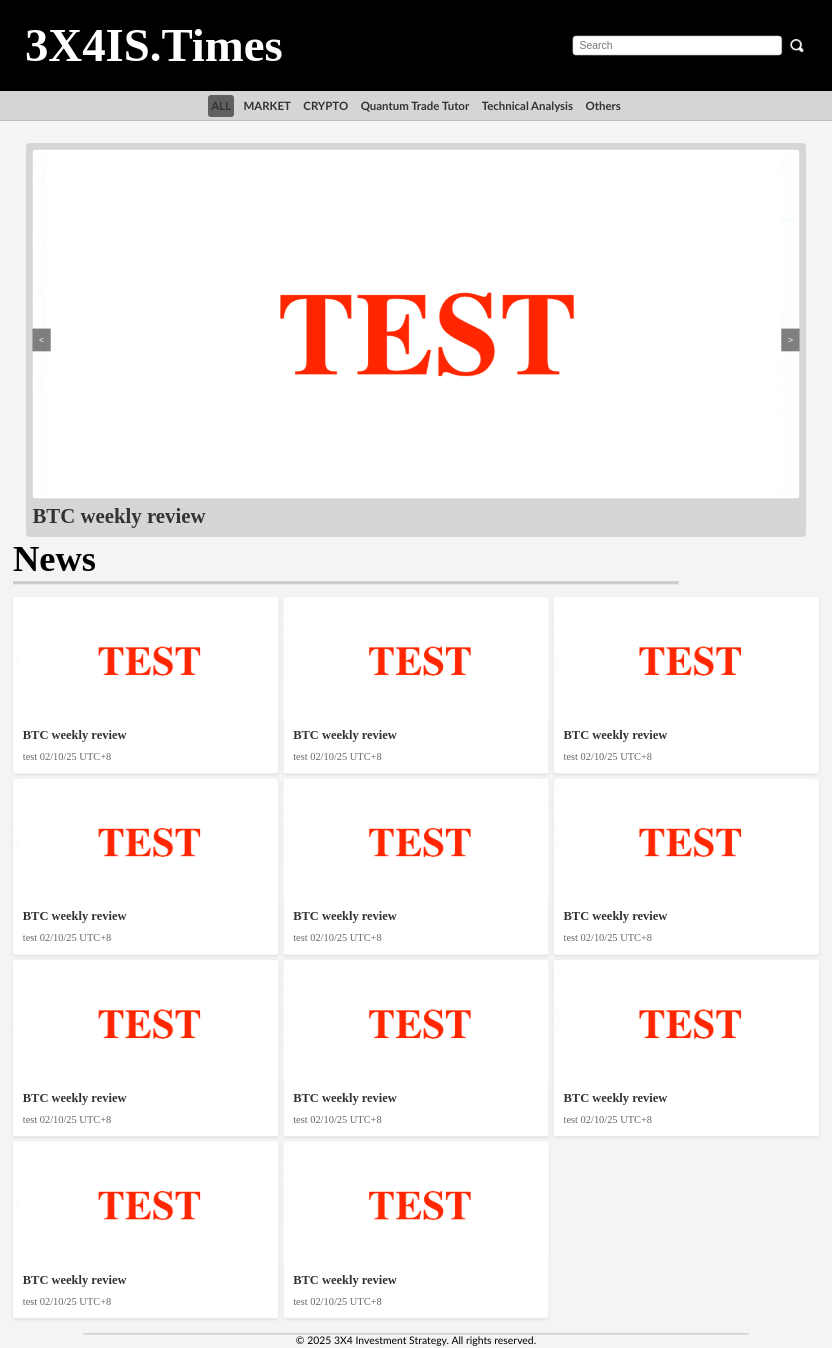
Repository: SongSongLook/songsonglook.github.io
Page: index.html
An editor plug-in stored every save of this project. The page is shown before and after the next save, followed by the edit.
The browser window is 1280 px wide. The pictures show the whole page, at 65% of full size.

Above is the page before, as saved 2025-03-18 23:06:04.
Console error: TypeError: Cannot set properties of null (setting 'innerHTML')

### index.html
<!DOCTYPE html>
<html lang="zh">
<head>
  <meta charset="UTF-8">
  <meta name="viewport" content="width=device-width, initial-scale=1.0">
  <title>Homepage</title>
  <link rel="stylesheet" href="css/style.css">
  <link rel="stylesheet" href="css/news.css">
  <link rel="stylesheet" href="css/article.css">
</head>
<body>
  <header>
    <!-- First column：logo and search container -->
    <div class="header-top">
      <a href="index.html" class="logo">3X4IS.Times</a>

      <div class="search-container">
        <form id="search-form">
          <input type="text" id="search-input" placeholder="Search">
          <button type="submit" class="search-btn">
            <img src="images/magnifying-glass-3-512.png" alt="Search">
          </button>
        </form>
      </div>

      <div class="mobile-menu" id="mobile-menu">
        <span></span>
        <span></span>
        <span></span>
      </div>
    </div>

    <!-- Second column: nav list -->
    <nav>
      <ul class="nav-list">
        <li data-category="all" class="active">ALL</li>
        <li data-category="market">MARKET</li>
        <li data-category="crypto">CRYPTO</li>
        <li data-category="QTT">Quantum Trade Tutor</li>
        <li data-category="TA">Technical Analysis</li>
        <li data-category="etc">Others</li>
      </ul>
    </nav>

  </header>

  <main>

    <section class="carousel-container">
      <section class="carousel">
        <!-- carousel dynamically filled by script.js -->
      </section>
      <button class="carousel-prev">&lt;</button>
      <button class="carousel-next">&gt;</button>
    </section>

    <section class="logo-2">News</section>
    <hr class="custom-divider">

    <section class="news-container" id="news-container">
      <!-- news card dynamically filled by script.js -->
    </section>
  </main>

  <hr class="custom-divider-2">
  <footer>
    <p>&copy; 2025 3X4 Investment Strategy. All rights reserved.</p>
  </footer>

  <script src="js/newsData.js"></script>
  <script src="js/article.js"></script>
  <script src="js/script.js"></script>
</body>
</html>

### css/style.css
/* Reset 與基本設定 */
* {
    box-sizing: border-box;
    margin: 0;
    padding: 0;
  }

  html, body {
    height: 100%;
    margin: 0;
  }

  main {
    flex: 1;
    position: relative;
    align-self: start;
    max-width: 1600px;
    margin: 0 auto;
  }

  body {
    display: flex;
    flex-direction: column;
    font-family: serif, sans-serif;
    line-height: 1.3;
    background-color: #f4f4f4;
    color: #333;
    position: relative;
    padding-top: 220px;
  }

  footer {
    font-family:'Gill Sans', 'Gill Sans MT', Calibri, 'Trebuchet MS', sans-serif;
    color: #000000;
    padding: 0px 0px 5px;
    font-size: 1.0rem;
    text-align: center;
    line-height: 1.0rem;
    position: relative;
  }

  header {
    position: fixed;
    top: 0;
    width: 100%;
    max-width: 100%;
    z-index: 1000;
    margin: 0 auto;
  }

/*---------------------------------------------------*/

.header-top {
  position: relative;
  display: flex;
  justify-content: space-between;
  align-items: center;
  padding: 3% 3%;  /* 根據需求調整內邊距 */
  background-color: #000000; /* 若希望背景一致，可設定相同背景色 */
  line-height: 450%;
  z-index: 3;
  max-height: 140px;
  max-width: 100%;

}

a.logo {
  text-decoration: none;
  font-family: 'Times New Roman', Times, serif;
  color: #ffffff;  /* 根據需求調整顏色 */
  font-size: 4.5rem;
  font-weight: bold;
}

.logo-2 {
  position: relative;
  text-decoration: none;
  font-family: 'Times New Roman', Times, serif;
  color: #000000;  /* 根據需求調整顏色 */
  padding: 1% 20px;
  font-size: 3.5rem;
  font-weight: bold;
  line-height: 75%;
}

.search-container {
  width: 30%;
  margin: 3% 0;
  z-index: 101;
  position: relative;
}

.search-results {
  display: grid;
  grid-template-columns: repeat(3, 1fr);
  gap: 20px;
  padding: 20px;
}

/* 讓搜尋表單中的元素同列顯示 */
#search-form {
  display: flex;
  align-items: center;
}

/* 搜尋輸入框 */
#search-input {
  flex: 1;
  padding: 5px 10px;
  font-size: 1rem;
  border: 1px solid #ccc;
  border-radius: 5px;
  outline: none;
}

#search-query {
  font-size: 3rem;
  padding-left: 5px;
}

/* 搜尋按鈕，利用放大鏡圖案 */
.search-btn {
  margin-left: 8px;
  display: flex;
  align-items: center;
  justify-content: center;
  padding: 5px;
  border: 1px solid #000000;
  border-left: 5px; /* 與輸入框連接 */
  background-color: #000000;
  cursor: pointer;
  border-radius: 0 5px 5px 0;
}

.search-btn img {
  width: 20px;
  height: 20px;
}


/*---------------------------------------------------*/

/* nav  */
nav {
  transition: transform 0.3s ease;
  position: relative;
  background-color: #d5d5d5; /* 可根據設計調整 */
  padding: 1px 5px;
  z-index: 1;
  font-family:'Gill Sans', 'Gill Sans MT', Calibri, 'Trebuchet MS', sans-serif;
}

/* 導覽列樣式 */
.nav-list {
  position: relative;
  z-index: 102;
  list-style: none;
  display: flex;
  justify-content: center; /* 或依需求對齊 */
  margin: 0;
  padding: 0;
  line-height: 100%;
  font-weight: bold;
  font-size: 1.1rem;
  text-align: center;
}

.nav-list li {
  margin: 5px 0.3rem;
  padding: 8px 0.3rem;
  cursor: pointer;
}

.nav-list li:hover,
.nav-list li.active {
  background: #606060;
  border-radius: 5px;
}

/* 手機選單樣式 */
.mobile-menu {
  position: relative;
  display: none; /* 根據響應式設計調整 */
  flex-direction: column;
  cursor: pointer;
}

.mobile-menu span {
  height: 3px;
  width: 25px;
  background: #ffffff;
  margin: 5px 0;
  transition: 0.3s;
}

/*---------------------------------------------------*/

.custom-divider {
  border: none;                /* 先移除預設邊框 */
  border-top: 5px solid #ccc;   /* 設定上邊框作為分割線 */
  width: 80%;                  /* 可設定寬度 */
  margin-left: 20px;
}
.custom-divider-2 {
  border: none;                /* 先移除預設邊框 */
  border-top: 2px solid #ccc;   /* 設定上邊框作為分割線 */
  margin: 3px 0px 0px 0px;              /* 設定上下間距 */
  width: 80%;                  /* 可設定寬度 */
  margin-left: auto;           /* 置中對齊 */
  margin-right: auto;
}

/*---------------------------------------------------*／

/* 響應式調整：如在較窄視窗中，調整 header-top 與 nav-list 的顯示 */
@media (max-width: 668px) {
  body {
    padding-top: 130px;
  }
  .header-top {
    flex-direction: column;
    align-items: center;
  }
  .search-container {
    width: 80%;
    margin-top: 10px; /* 與 logo 分隔一點 */
  }
  #search-input {
    font-size: 0.9rem;  /* 可根據需求調整 */
  }
  .nav-list {
    display: none;
    flex-direction: column;
    background: #acacac;
    font-weight: bold;
    position: absolute;
    top: 10%;
    right: 0px;
    width: 150px;
    border-radius: 5px;
  }
  .nav-list.active {
    display: flex;
  }
  .mobile-menu {
    display: flex;
    position: absolute;
    top: 10px;
    right: 20px;
  }
  .news-container {
    grid-template-columns: repeat(1, 1fr);
  }
}

.search-page {
  .search-header {
    padding-top: 15px;
    font-size: 1.3rem;
  }
  .custom-divider{
    border-top: 3px solid #ccc;
    padding-bottom: 15px;
    margin-left: 0
  }
}

### css/news.css
/* 新聞卡片區：3 欄排列 */
.news-container {
  display: grid;
  grid-template-columns: repeat(3, 1fr);
  gap: 8px;
  padding: 20px;

}

/* News Card 樣式 */
.news-card {
  padding-bottom: 0;
  background: #fff;
  border-radius: 5px;
  overflow: hidden;
  box-shadow: 0 2px 5px rgba(0,0,0,0.1);
  transition: transform 0.3s;
  cursor: pointer;
}

.news-card:hover {
  transform: translateY(-5px);
}

.news-card img {
  width: 100%;
  display: block;
}

.news-content {
  padding: 15px;
}

.news-content h3 {
  margin-bottom: 10px;
  font-size: 1.2rem;
}

.news-content p {
  color: #666;
}

.news-card-search {
  max-width: 80%;
  border-radius: 5px;
  align-content: center;
  background: #ccc;
  border-radius: 10px;
  overflow: hidden;
  box-shadow: 0 2px 5px rgba(0,0,0,0.1);
  cursor: pointer;
  margin-top: 10px;
  margin-left: 8px;
}

.news-card-search:hover {
  transform: translateY(0px);
}

.news-card-search img {
  width: 100%;
  display: block;
}

/* Carousel 輪播區 */
.carousel-container {
  overflow: hidden;
  margin: 20px auto;
  max-width: 1200px;
  max-height: 100%;
  position: relative;
  border-radius: 5px;
}

.carousel {
  display: flex;
  position: relative;
  transition: transform 0.5s ease;
  border-radius: 5px;
}

.carousel-item {
  background-color: rgb(214, 214, 214);
  min-width: 100%;
  box-sizing: border-box;
  padding: 10px;
  border-radius: 5px;
}
.carousel-item img {
  width: 100%;
  border-radius: 5px;
}
.carousel-item h3 {
  font-size: 2rem;  /* 根據需要調整字體大小 */
  font-family: 'Times New Roman', Times, serif;
  font-weight: bolder;
  margin: 1px 0;
}

/* 輪播箭頭 */
.carousel-prev, .carousel-next {
  position: absolute;
  top: 50%;
  transform: translateY(-50%);
  background: rgba(0,0,0,0.5);
  color: #fff;
  border: none;
  padding: 10px;
  cursor: pointer;
  z-index: 10;
}
.carousel-prev {
  left: 10px;
}
.carousel-next {
  right: 10px;
}
.carousel-container {
  position: relative;  /* 讓內部的 absolute 元素以此為參考 */
  overflow: hidden;
  margin: 0px auto;
  max-width: 1200px;

}

/* Pagination 區塊的樣式 */
.carousel-pagination {
  position: absolute;
  bottom: 10px;           /* 根據需求調整距離底部的距離 */
  left: 90%;
  transform: translateX(-50%);
  z-index: 10;            /* 確保位於其他元素上方 */
  text-align: center;
  color: #fff;            /* 可視需要調整文字顏色 */
  min-width: 300px;
}

.pagination-dots .dot {
  display: inline-block;
  width: 0.5rem;
  height: 0.5rem;
  background: #ffffff;
  border-radius: 50%;
  margin: 0 4px;
  cursor: pointer;
  transition: background 0.3s;
}

.pagination-dots .dot.active {
  background: #585858;
}


@media (max-width: 758px) {
  .carousel-item h3 {
    font-size: 1.5rem;
  }
}

### css/article.css
/* 調整文章內所有段落的文字樣式 */
.article-body p {
    font-size: 1.2rem;       /* 文字大小 */
    line-height: 1.8;        /* 行高 */
    margin-bottom: 1rem;     /* 段落下間距 */
    color: #333;             /* 文字顏色 */
  }

  /* 調整文章內圖片的樣式 */
  .article-body img {
    width: 100%;             /* 自適應寬度 */
    max-width: 600px;        /* 限制最大寬度 */
    display: block;          /* 使圖片為區塊元素 */
    margin: 20px auto;       /* 上下間距並置中顯示 */
    border-radius: 5px;      /* 選擇性圓角效果 */
  }

  /* 可針對其他 HTML 標籤增加額外樣式 */
  .article-body h2,
  .article-body h3 {
    color: #222;
    margin-top: 1.5rem;
    margin-bottom: 1rem;
  }

  article {
    padding: 20px;
    background: #fff;
    margin: 20px;
    border-radius: 5px;
  }

  article h1 {
    margin-bottom: 20px;
  }

  article img {
    width: 100%;
    max-height: 400px;
    object-fit: cover;
    margin-bottom: 20px;
  }

  .tag-btn {
    background: #eee;
    border: none;
    padding: 5px 10px;
    margin-right: 5px;
    border-radius: 3px;
    cursor: pointer;
    transition: background 0.3s;
  }

  .tag-btn:hover {
    background: #ddd;
  }

### js/newsData.js
//data-category:
//--market
//--crypto
//--forex
//--TA
//--etc


// news data restore
const newsData = [
    {
      id: 1,
      title: "BTC weekly review",
      category: "TA",
      description: "test 02/10/25 UTC+8",
      image: "images/截圖 2024-05-26 下午9.32.11.png",
      fullContent:  `
      <p>完整的政治新聞內容：詳細描述政治事件、背景與可能的影響，讓讀者獲得更深入的了解。</p>
      <p>在這裡你可以插入圖片：</p>
      <img src="https://via.placeholder.com/600x400?text=內文圖片" alt="內文圖片">
      <p>圖片說明：這是一張示意圖。也可以使用 <strong>加粗文字</strong> 來強調重點。</p>
    `,
    tags: ["btc", "analysis"]
    },
    {
      id: 2,
      title: "BTC weekly review",
      category: "crypto",
      description: "test 02/10/25 UTC+8",
      image: "images/截圖 2024-05-26 下午9.32.11.png",
      fullContent:  `
      <p>完整的政治新聞內容：詳細描述政治事件、背景與可能的影響，讓讀者獲得更深入的了解。</p>
      <p>在這裡你可以插入圖片：</p>
      <img src="https://via.placeholder.com/600x400?text=內文圖片" alt="內文圖片">
      <p>圖片說明：這是一張示意圖。也可以使用 <strong>加粗文字</strong> 來強調重點。</p>
    `,
    tags: ["政治", "featured"]
    },
    {
      id: 3,
      title: "BTC weekly review",
      category: "QTT",
      description: "test 02/10/25 UTC+8",
      image: "images/截圖 2024-05-26 下午9.32.11.png",
      fullContent:  `
      <p>完整的政治新聞內容：詳細描述政治事件、背景與可能的影響，讓讀者獲得更深入的了解。</p>
      <p>在這裡你可以插入圖片：</p>
      <img src="https://via.placeholder.com/600x400?text=內文圖片" alt="內文圖片">
      <p>圖片說明：這是一張示意圖。也可以使用 <strong>加粗文字</strong> 來強調重點。</p>
    `,
    tags: ["政治", "featured"]
    },
    {
      id: 4,
      title: "BTC weekly review",
      category: "crypto",
      description: "test 02/10/25 UTC+8",
      image: "images/截圖 2024-05-26 下午9.32.11.png",
      fullContent:  `
      <p>完整的政治新聞內容：詳細描述政治事件、背景與可能的影響，讓讀者獲得更深入的了解。</p>
      <p>在這裡你可以插入圖片：</p>
      <img src="https://via.placeholder.com/600x400?text=內文圖片" alt="內文圖片">
      <p>圖片說明：這是一張示意圖。也可以使用 <strong>加粗文字</strong> 來強調重點。</p>
    `,
    tags: ["政治", "featured"]
    },
    {
      id: 4,
      title: "BTC weekly review",
      category: "crypto",
      description: "test 02/10/25 UTC+8",
      image: "images/截圖 2024-05-26 下午9.32.11.png",
      fullContent:  `
      <p>完整的政治新聞內容：詳細描述政治事件、背景與可能的影響，讓讀者獲得更深入的了解。</p>
      <p>在這裡你可以插入圖片：</p>
      <img src="https://via.placeholder.com/600x400?text=內文圖片" alt="內文圖片">
      <p>圖片說明：這是一張示意圖。也可以使用 <strong>加粗文字</strong> 來強調重點。</p>
    `,
    tags: ["政治", "featured"]
    },
    {
      id: 4,
      title: "BTC weekly review",
      category: "crypto",
      description: "test 02/10/25 UTC+8",
      image: "images/截圖 2024-05-26 下午9.32.11.png",
      fullContent:  `
      <p>完整的政治新聞內容：詳細描述政治事件、背景與可能的影響，讓讀者獲得更深入的了解。</p>
      <p>在這裡你可以插入圖片：</p>
      <img src="https://via.placeholder.com/600x400?text=內文圖片" alt="內文圖片">
      <p>圖片說明：這是一張示意圖。也可以使用 <strong>加粗文字</strong> 來強調重點。</p>
    `,
    tags: ["政治", "featured"]
    },
    {
      id: 4,
      title: "BTC weekly review",
      category: "crypto",
      description: "test 02/10/25 UTC+8",
      image: "images/截圖 2024-05-26 下午9.32.11.png",
      fullContent:  `
      <p>完整的政治新聞內容：詳細描述政治事件、背景與可能的影響，讓讀者獲得更深入的了解。</p>
      <p>在這裡你可以插入圖片：</p>
      <img src="https://via.placeholder.com/600x400?text=內文圖片" alt="內文圖片">
      <p>圖片說明：這是一張示意圖。也可以使用 <strong>加粗文字</strong> 來強調重點。</p>
    `,
    tags: ["政治", "featured"]
    },
    {
      id: 4,
      title: "BTC weekly review",
      category: "crypto",
      description: "test 02/10/25 UTC+8",
      image: "images/截圖 2024-05-26 下午9.32.11.png",
      fullContent:  `
      <p>完整的政治新聞內容：詳細描述政治事件、背景與可能的影響，讓讀者獲得更深入的了解。</p>
      <p>在這裡你可以插入圖片：</p>
      <img src="https://via.placeholder.com/600x400?text=內文圖片" alt="內文圖片">
      <p>圖片說明：這是一張示意圖。也可以使用 <strong>加粗文字</strong> 來強調重點。</p>
    `,
    tags: ["政治", "featured"]
    },
    {
      id: 4,
      title: "BTC weekly review",
      category: "crypto",
      description: "test 02/10/25 UTC+8",
      image: "images/截圖 2024-05-26 下午9.32.11.png",
      fullContent:  `
      <p>完整的政治新聞內容：詳細描述政治事件、背景與可能的影響，讓讀者獲得更深入的了解。</p>
      <p>在這裡你可以插入圖片：</p>
      <img src="https://via.placeholder.com/600x400?text=內文圖片" alt="內文圖片">
      <p>圖片說明：這是一張示意圖。也可以使用 <strong>加粗文字</strong> 來強調重點。</p>
    `,
    tags: ["政治", "featured"]
    },
    {
      id: 4,
      title: "BTC weekly review",
      category: "crypto",
      description: "test 02/10/25 UTC+8",
      image: "images/截圖 2024-05-26 下午9.32.11.png",
      fullContent:  `
      <p>完整的政治新聞內容：詳細描述政治事件、背景與可能的影響，讓讀者獲得更深入的了解。</p>
      <p>在這裡你可以插入圖片：</p>
      <img src="https://via.placeholder.com/600x400?text=內文圖片" alt="內文圖片">
      <p>圖片說明：這是一張示意圖。也可以使用 <strong>加粗文字</strong> 來強調重點。</p>
    `,
    tags: ["政治", "featured"]
    },
    {
      id: 5,
      title: "BTC weekly review",
      category: "crypto",
      description: "test 02/10/25 UTC+8",
      image: "images/截圖 2024-05-26 下午9.32.11.png",
      fullContent:  `
      <p>完整的政治新聞內容：詳細描述政治事件、背景與可能的影響，讓讀者獲得更深入的了解。</p>
      <p>在這裡你可以插入圖片：</p>
      <img src="https://via.placeholder.com/600x400?text=內文圖片" alt="內文圖片">
      <p>圖片說明：這是一張示意圖。也可以使用 <strong>加粗文字</strong> 來強調重點。</p>
    `,
    tags: ["snp500"]
    }
  ];

  // carousel items data restore
const carouselItems = [
  {
    type: "series",  // series
    tag: "SNP500",
    image: "images/截圖 2024-05-26 下午9.32.11.png",
    title: "Weekly S&P500 analysis",
    description: "click here to find the truth "
  },
  {
    type: "featured", // display specific article
    id: 101,
    image: "images/截圖 2024-05-26 下午9.32.11.png",
    title: "Featured News Title 1"
  },
  {
    type: "featured",
    id: 102,
    image: "images/截圖 2024-05-26 下午9.32.11.png",
    title: "Featured News Title 2"
  }

];

### js/article.js
// article.js
function getQueryParameter(name) {
  const urlParams = new URLSearchParams(window.location.search);
  return urlParams.get(name);
}

document.addEventListener("DOMContentLoaded", () => {
  const articleId = getQueryParameter("id");
  const articleContainer = document.getElementById("article-content");

  if (!articleId) {
    articleContainer.innerHTML = "<p>文章不存在。</p>";
    return;
  }

  const article = newsData.find(item => item.id === parseInt(articleId));
  if (!article) {
    articleContainer.innerHTML = "<p>文章不存在。</p>";
    return;
  }

  // 生成標籤按鈕區塊（點擊後回首頁並以該標籤過濾）
  let tagsHtml = "";
  if (article.tags && article.tags.length > 0) {
    tagsHtml = `<div class="article-tags"><span><font face="Gill Sans"><b>TAGS: </b></font></span>`;
    article.tags.forEach(tag => {
      tagsHtml += `<button class="tag-btn" onclick="location.href='index.html?tag=${encodeURIComponent(tag)}'">${tag}</button>`;
    });
    tagsHtml += `</div>`;
  }

  articleContainer.innerHTML = `
    <h1>${article.title}</h1>
    <img src="${article.image}" alt="${article.title}">
    <div class="article-body">
      ${article.fullContent}
    </div>
    ${tagsHtml}
  `;
});

### js/script.js
// script.js

// 全域變數：目前分類、搜尋關鍵字及標籤過濾
let currentCategory = "all";
let searchQuery = "";
let currentTag = ""; // 當首頁以 ?tag=... 過濾文章時使用

// 取得 URL 參數的函式
function getQueryParameter(name) {
  const urlParams = new URLSearchParams(window.location.search);
  return urlParams.get(name);
}

// 根據分類、搜尋與標籤過濾並渲染新聞卡片
function renderNews(category = "all", search = "", tag = "") {
  const container = document.getElementById("news-container");
  container.innerHTML = "";

  let filteredNews = newsData;
  if (tag.trim() !== "") {
    filteredNews = filteredNews.filter(news => news.tags && news.tags.includes(tag));
  } else if (category !== "all") {
    filteredNews = filteredNews.filter(news => news.category === category);
  }

  if (search.trim() !== "") {
    filteredNews = filteredNews.filter(news =>
      news.title.toLowerCase().includes(search.toLowerCase()) ||
      news.description.toLowerCase().includes(search.toLowerCase())
    );
  }

  filteredNews.forEach(news => {
    const card = document.createElement("div");
    card.className = "news-card";
    card.innerHTML = `
      <img src="${news.image}" alt="${news.title}">
      <div class="news-content">
        <h3>${news.title}</h3>
        <p>${news.description}</p>
      </div>
    `;
    card.addEventListener("click", () => {
      window.location.href = "article.html?id=" + news.id;
    });
    container.appendChild(card);
  });
}

// 輪播功能：根據 "featured" 標籤選出文章
let currentSlide = 0;
function renderCarousel() {
  const carousel = document.querySelector(".carousel");
  const featuredNews = newsData.filter(news => news.tags && news.tags.includes("featured"));
  carousel.innerHTML = "";
  featuredNews.forEach(news => {
    const item = document.createElement("div");
    item.className = "carousel-item";
    item.innerHTML = `
      <img src="${news.image}" alt="${news.title}">
      <h3>${news.title}</h3>
    `;
    item.addEventListener("click", () => {
      window.location.href = "article.html?id=" + news.id;
      // 或依需求導向特定標籤頁面：location.href = "index.html?tag=" + encodeURIComponent("featured");
    });
    carousel.appendChild(item);
  });
}

function showSlide(index) {
  const carousel = document.querySelector(".carousel");
  const totalSlides = carousel.children.length;
  if (index >= totalSlides) {
    currentSlide = 0;
  } else if (index < 0) {
    currentSlide = totalSlides - 1;
  } else {
    currentSlide = index;
  }
  carousel.style.transform = `translateX(-${currentSlide * 100}%)`;
}

document.addEventListener("DOMContentLoaded", () => {
  // 讀取 URL 中的 tag 參數（若有，則以標籤過濾文章）
  const tagParam = getQueryParameter("tag");
  if (tagParam) {
    currentTag = tagParam;
  }

  renderNews(currentCategory, searchQuery, currentTag);
  renderCarousel();

  document.querySelectorAll(".nav-list li").forEach(li => {
    li.addEventListener("click", function() {
      // 切換 active 狀態
      document.querySelectorAll(".nav-list li").forEach(el => el.classList.remove("active"));
      this.classList.add("active");

      currentCategory = this.getAttribute("data-category");
      currentTag = ""; // 切換分類時取消標籤過濾
      renderNews(currentCategory, searchQuery, currentTag);

      // 手機選單選取後自動隱藏
      const navList = document.querySelector(".nav-list");
      if (navList.classList.contains("active")) {
        navList.classList.remove("active");
      }
    });
  });

  const searchInput = document.getElementById("search-input");
  searchInput.addEventListener("input", () => {
    searchQuery = searchInput.value;
    renderNews(currentCategory, searchQuery, currentTag);
  });

  document.querySelector(".carousel-prev").addEventListener("click", () => {
    showSlide(currentSlide - 1);
  });
  document.querySelector(".carousel-next").addEventListener("click", () => {
    showSlide(currentSlide + 1);
  });

  const mobileMenu = document.getElementById("mobile-menu");
  mobileMenu.addEventListener("click", () => {
    document.querySelector(".nav-list").classList.toggle("active");
  });
  // 自動輪播設定：每3秒自動切換下一張
  setInterval(() => {
    showSlide(currentSlide + 1);
  }, 3000);  // 3000 毫秒 = 3 秒
});

After the next save:
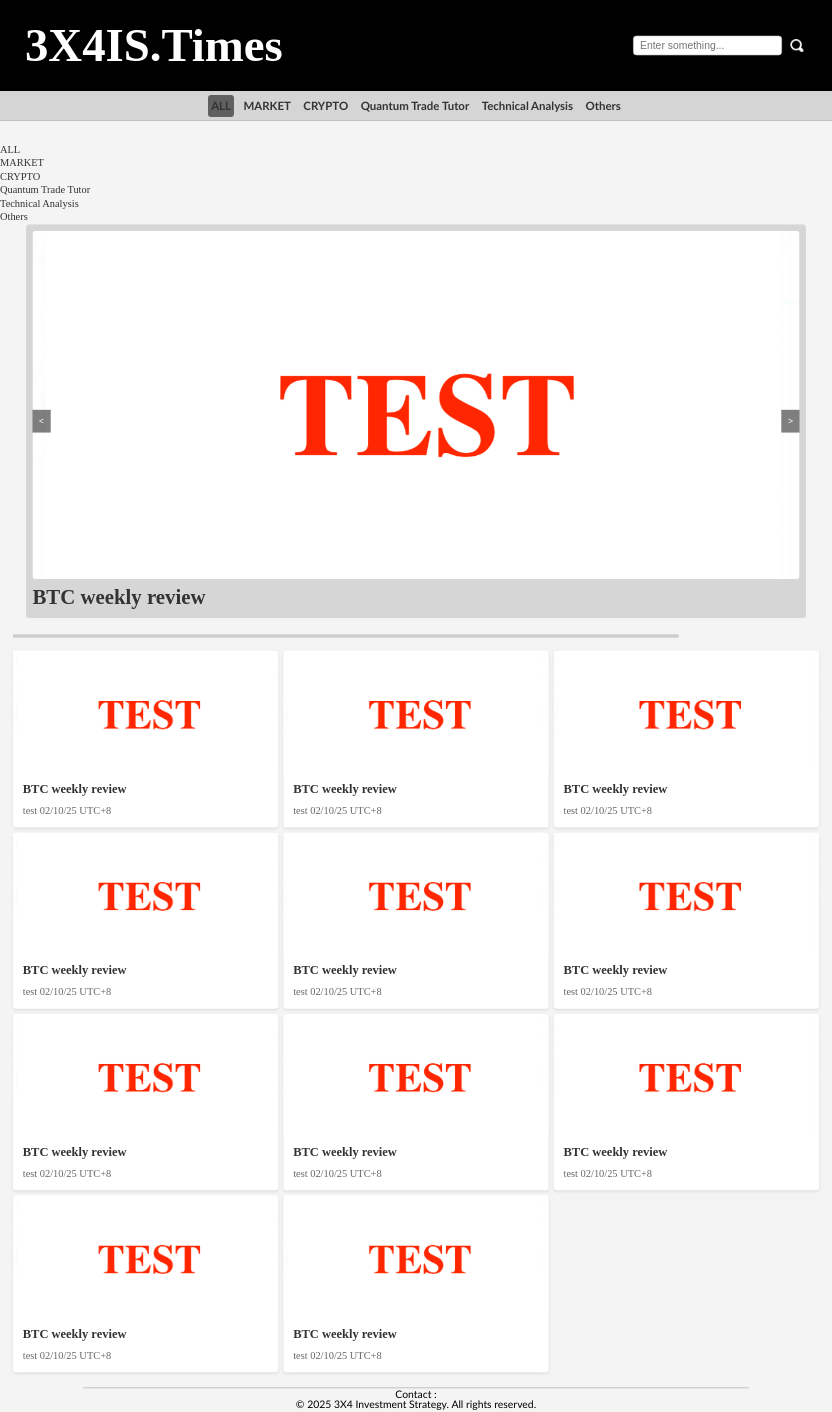
Saved 3 days later.
--- a/index.html
+++ b/index.html
@@ -13,20 +13,21 @@
     <!-- First column：logo and search container -->
     <div class="header-top">
       <a href="index.html" class="logo">3X4IS.Times</a>
-
-      <div class="search-container">
-        <form id="search-form">
-          <input type="text" id="search-input" placeholder="Search">
-          <button type="submit" class="search-btn">
-            <img src="images/magnifying-glass-3-512.png" alt="Search">
-          </button>
-        </form>
-      </div>
-
-      <div class="mobile-menu" id="mobile-menu">
-        <span></span>
-        <span></span>
-        <span></span>
+      <div class="header-right">
+        <!-- 手機選單圖示，放在搜尋欄左側 -->
+        <div class="mobile-menu" id="mobile-menu">
+          <span></span>
+          <span></span>
+          <span></span>
+        </div>
+        <div class="search-container">
+          <form id="search-form">
+            <input type="text" name="q" id="search-input" placeholder="Enter something...">
+            <button type="submit" class="search-btn">
+              <img src="images/magnifying-glass-3-512.png" alt="Search">
+            </button>
+          </form>
+        </div>
       </div>
     </div>
 
@@ -44,7 +45,18 @@
 
   </header>
 
+
   <main>
+    <section class="sidebar-menu" id="sidebar-menu">
+      <ul class="mobile-nav-list">
+        <li data-category="all">ALL</li>
+        <li data-category="market">MARKET</li>
+        <li data-category="crypto">CRYPTO</li>
+        <li data-category="QTT">Quantum Trade Tutor</li>
+        <li data-category="TA">Technical Analysis</li>
+        <li data-category="etc">Others</li>
+      </ul>
+    </section>
 
     <section class="carousel-container">
       <section class="carousel">
@@ -52,9 +64,13 @@
       </section>
       <button class="carousel-prev">&lt;</button>
       <button class="carousel-next">&gt;</button>
+
+      <div class="carousel-pagination">
+        <div class="pagination-dots"></div>
+      </div>
     </section>
 
-    <section class="logo-2">News</section>
+    <section class="logo-2"></section>
     <hr class="custom-divider">
 
     <section class="news-container" id="news-container">
@@ -64,6 +80,7 @@
 
   <hr class="custom-divider-2">
   <footer>
+    <p>Contact :</p>
     <p>&copy; 2025 3X4 Investment Strategy. All rights reserved.</p>
   </footer>
 
